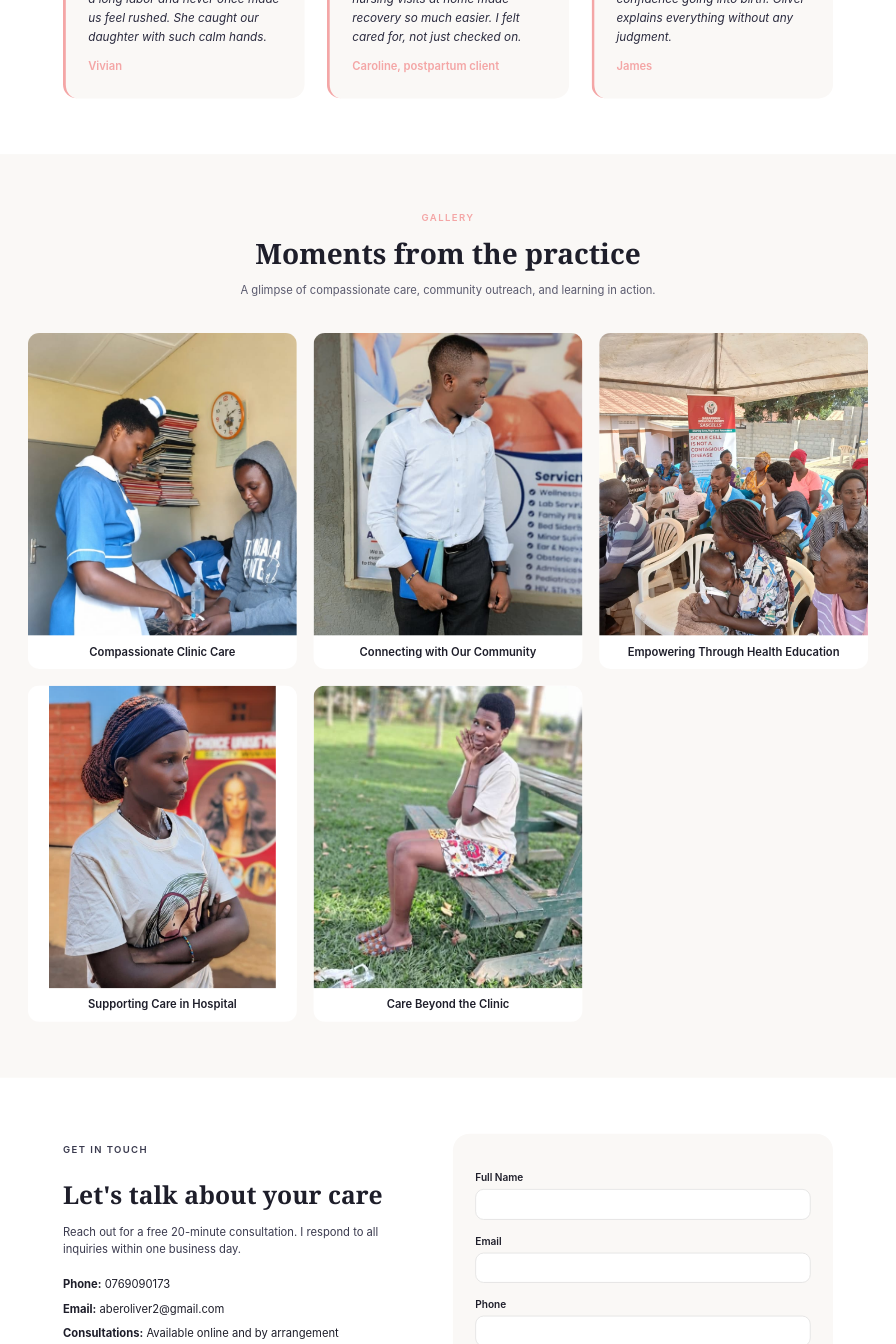
Repository: Mrkayboss/Aber-Oliver
Page: index.html
These files come from the project's save history. The page is drawn as it stood at one moment and after the next save; the edit follows.
The browser window is 1280 px wide. The pictures show the part of the page from y = 3201 to 5121 px (the page is 5857 px tall), at 70% of full size.
Backgrounds fixed to the window are drawn as part of the page.

Above is the page before, as saved 2026-09-01 08:34:59.

After the next save:
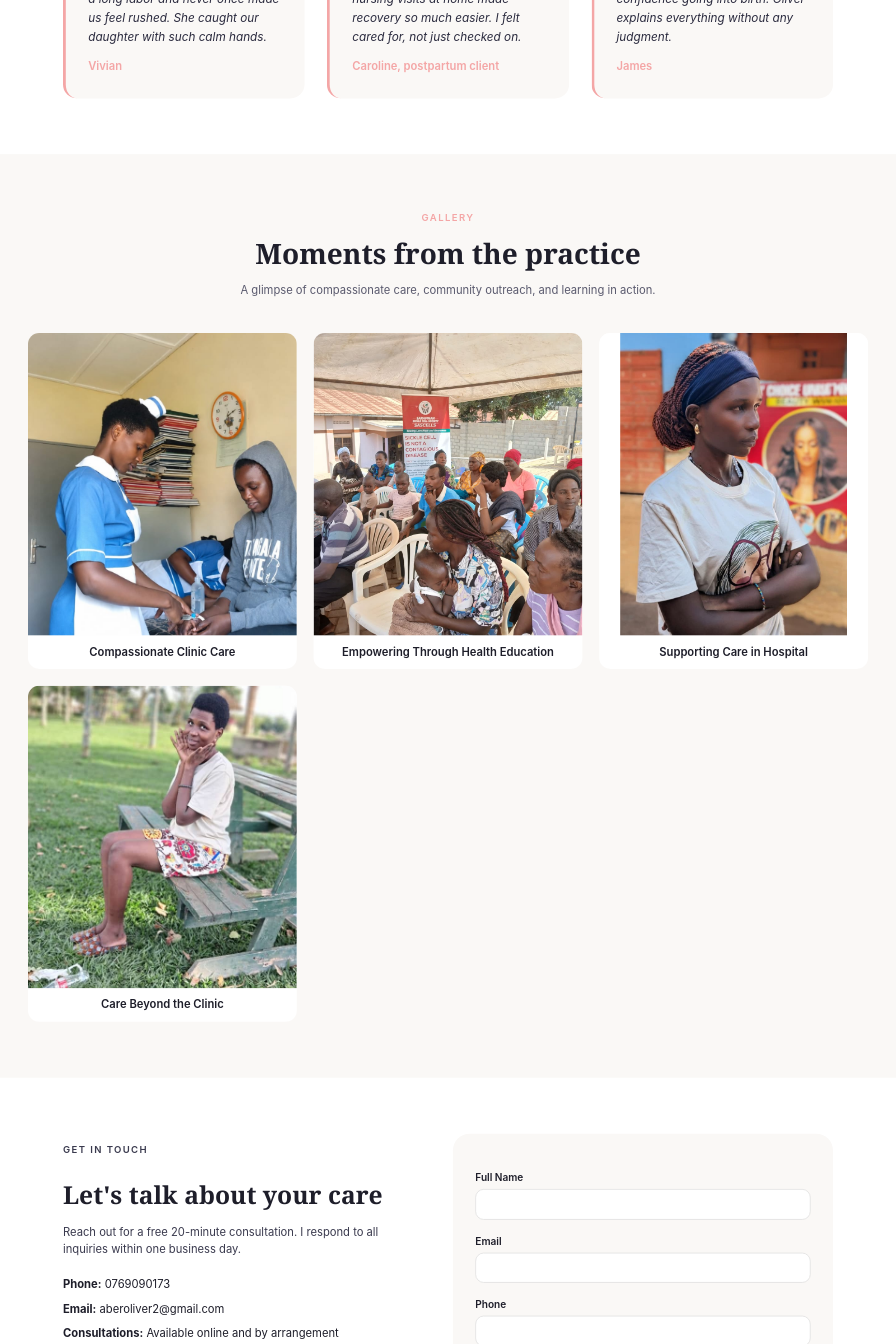
Saved 2 min 39 s later.
--- a/index.html
+++ b/index.html
@@ -869,7 +869,7 @@
   </div>
   <div class="gallery-grid">
     <div class="gallery-tile"><img src="assets/gallery/clinic.jpeg" alt="Clinic consultation"><span>Compassionate Clinic Care</span></div>
-    <div class="gallery-tile"><img src="assets/gallery/ooo.jpeg" alt="Community outreach visit"><span>Connecting with Our Community</span></div>
+
     <div class="gallery-tile"><img src="assets/gallery/eduaction.jpeg" alt="Health education session"><span>Empowering Through Health Education</span></div>
     <div class="gallery-tile"><img class="hospital-image" src="assets/gallery/hospital.jpeg" alt="Hospital care support"><span>Supporting Care in Hospital</span></div>
     <div class="gallery-tile"><img src="assets/gallery/uuuu.jpeg" alt="Community health outreach"><span>Care Beyond the Clinic</span></div>
